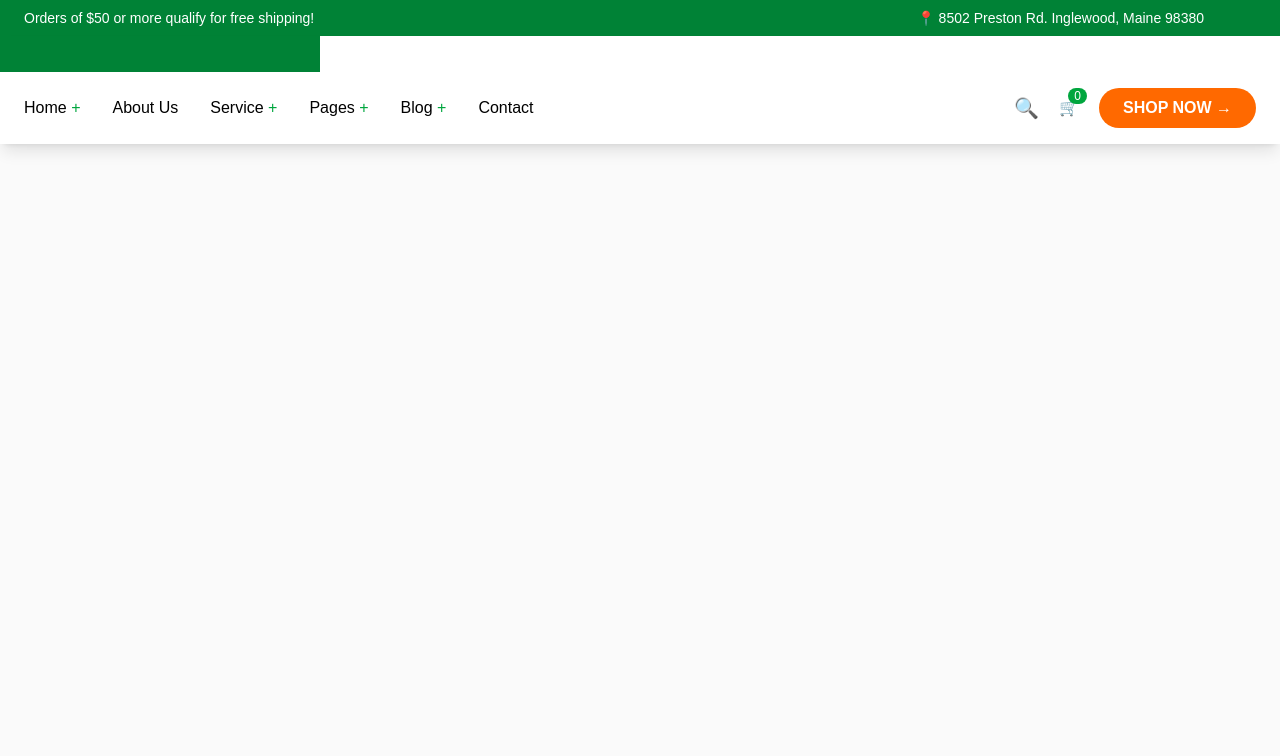
Repository: sawon687/Ass-scic-9-Ecomerce-Project
Page: /
The author's editor kept a copy of each file at every save. The page is drawn from the files as they stood at one save, then again after a run of saves.
The browser window is 1280 px wide. The pictures show the whole page.
The project was rebuilt for these pictures with package versions that can differ from the ones it lists, and the page was loaded fresh each time. The framework's server and built-in components were replaced by stand-ins that run in the browser. Also part of the build but not shown: next.config.mjs.

Above is the page before, as saved 2026-01-13 22:52:14.

After the next 2 saves:
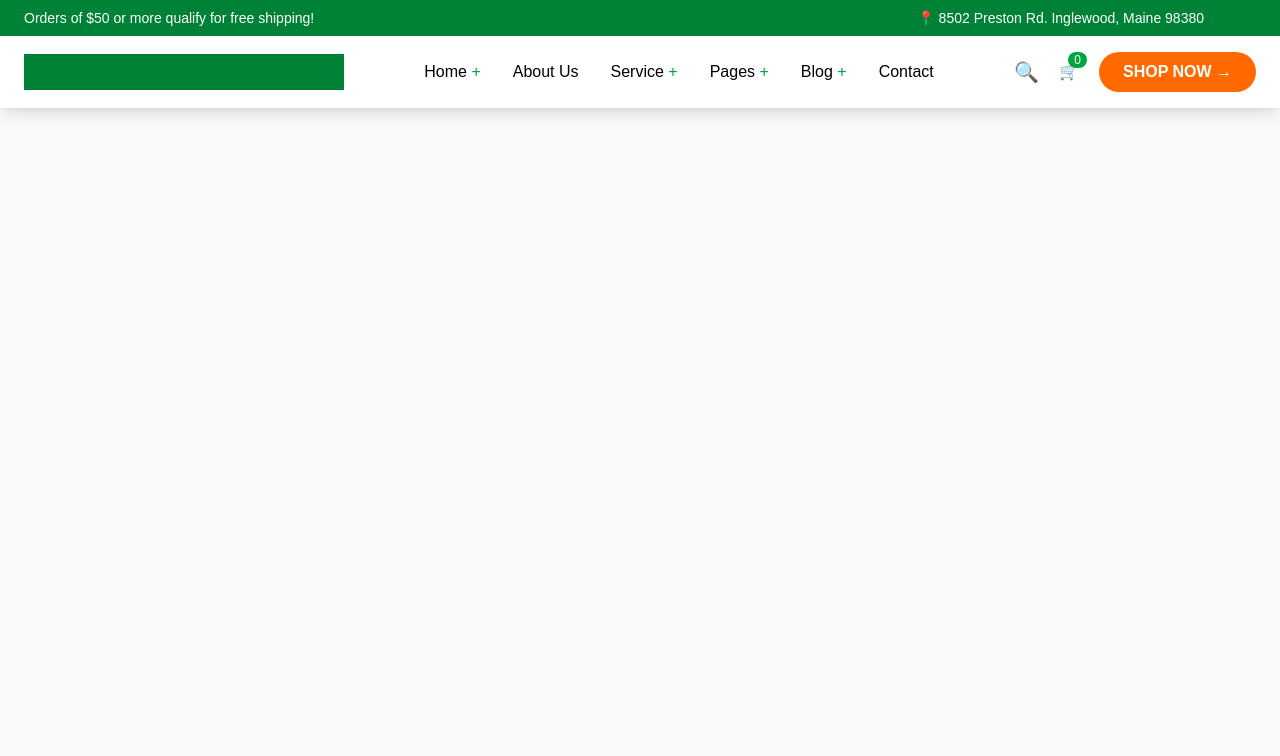
The 2 saves are shown as one change because they came seconds apart.
The last was saved 13 s later.
--- a/src/app/Components/Navbar/Navbar.jsx
+++ b/src/app/Components/Navbar/Navbar.jsx
@@ -21,13 +21,12 @@
 
 {/* <!-- MAIN NAVBAR --> */}
 <nav class="bg-white w-full fixed shadow-lg">
-  {/* <!-- LOGO --> */}
+  <div class="max-w-7xl mx-auto px-6 py-4 flex items-center justify-between">
+
+    {/* <!-- LOGO --> */}
     <div class="flex items-center gap-2 h-full bg-green-700  w-xs">
       <span class="text-3xl font-bold text-green-700">Frutin</span>
     </div>
-  <div class="max-w-7xl mx-auto px-6 py-4 flex items-center justify-between">
-
-
 
     {/* <!-- MENU --> */}
     <ul class="hidden md:flex items-center gap-8 font-medium">
